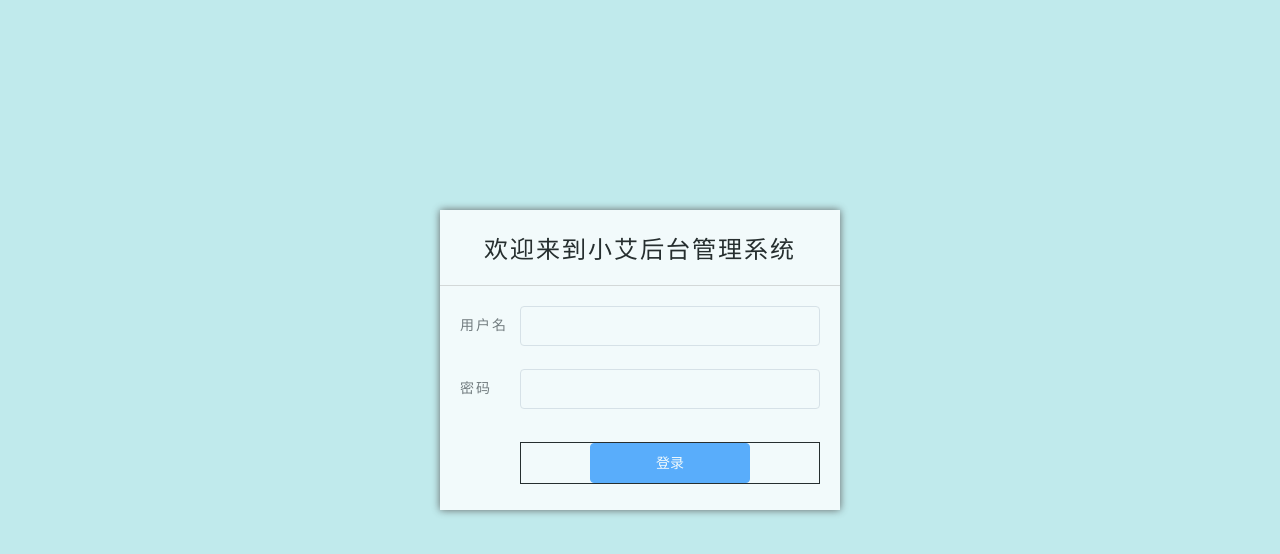
Repository: noob-injoker/router-slots-cw-ee
Page: /Login
These files come from the project's save history. The page is drawn as it stood at one moment and after the next save; the edit follows.
The browser window is 1280 px wide. The pictures show the whole page.
The project was rebuilt for these pictures with package versions that can differ from the ones it lists, and the page was loaded fresh each time. Also part of the build but not shown: vue.config.js, src/views/Home.vue, src/views/Layout.vue.

Above is the page before, as saved 2020-08-29 21:33:15.

### src/main.js
import Vue from 'vue'
import App from './App.vue'
import router from './router'
import store from './store'
import './bus'
import ElementUI from 'element-ui'
import 'element-ui/lib/theme-chalk/index.css'

Vue.use(ElementUI)

Vue.config.productionTip = false

new Vue({
  router,
  store,
  render: h => h(App)
}).$mount('#app')

### src/App.vue
<template>
<div id="app">

  <router-view />

</div>
</template>

<style>
@import './styles/styles.scss';
@import './styles/common.scss';
</style>

### src/router/index.js
import Vue from 'vue'
import VueRouter from 'vue-router'
import Home from '../views/Home.vue'
import Layout from '../views/Layout.vue'

Vue.use(VueRouter)

  const routes = [
    {
      path: '/',
      name: 'Layout',
      component: Layout,
      children: [

        {
          path: '',
          name: 'Home',
          component: Home
        }
        // ,
        // {
        //   path: 'cata',
        //   name: 'cata',
        //   component: () => import('../views/cata.vue')
        // }
      ]

    },
    {
      path:'/Login',
      name:"Login",
      component: () => import('../views/Login.vue'),
      meta:{
        title:'登录'
      }
    },
  // ,
  // {
  //   path: '/about',
  //   name: 'About',
  //   // route level code-splitting
  //   // this generates a separate chunk (about.[hash].js) for this route
  //   // which is lazy-loaded when the route is visited.
  //   component: () => import(/* webpackChunkName: "about" */ '../views/About.vue')
  // }

]

const router = new VueRouter({
  mode: 'history',
  base: process.env.BASE_URL,
  routes
})

export default router

### src/store/index.js
import Vue from 'vue'
import Vuex from 'vuex'
import user from './user/user'

Vue.use(Vuex)

export default new Vuex.Store({
  state: {
    some:""
  },
  mutations: {
    setSome(state,data){
      state.some = data
    }
  },
  actions: {
  },
  modules: {
    user
  }
})

### src/bus/index.js
import Vue from 'vue'
const bus = new Vue()
Vue.prototype.$bus = bus

### src/styles/styles.scss
.username .el-form-item__label,.password .el-form-item__label{
    text-align: left;
}
.button-box .el-button--primary{
    width: 160px;
}

### src/styles/common.scss
*{
  margin: 0px;
  padding: 0px;
}

.df{
  display: flex;
}
.f-1{
  flex: 1;
}
.j-center{
  display: flex;
  justify-content: center;

}
.j-bettween{
  display: flex;
  justify-content: space-between;

}
.j-around{
  display: flex;
  justify-content: space-around;
}
.j-end{
  display: flex;
  justify-content: flex-end;
}
.a-center{
  align-items: center;
}
.f-column{
  display: flex;
  flex-direction: column;
}
.p-r{
  position: relative;
}
.p-a{
  position: absolute;
}

.r1{
  border: 1px solid red;
}
.y1{
  border: 1px solid yellow;
}
.b1{
  border: 1px solid black;
}

.l-height32{
  line-height: 32px;
}
.w100{

  width: 100%;

}
.t-center{
  text-align: center;

}
.f12{
  font-size: 12px;
}

.w1170{
  width: 1170px;
}
.h100{
  height: 100px;
}
.h70{
  height: 70px;
}
.h436{
  height: 436px;
}
.h350{
  height: 350px;
}
.w1070{
  width: 1070px;
}
.h1590{
  height: 1590px;
}
.h726{
  height: 726px;
}
.w1054{
  width: 1054px;
}
.h160{
  height: 160px;
}
.w732{
  width: 732px;
}
.b2{
  border: 2px solid black;
}
.h434{
  height: 434px;

}
.h600{
  height: 600px;
}
.w1078{
  width: 1078px;
}
.h362{
  height: 362px;
}
.fs16{
  font-size: 16px;
}
.w652{
  width: 652px;

}
.h82{
  height: 82px;
}
.w1064{
  width: 1064px;
}
.h352{
  height: 352px;
}
.w286{
  width: 286px;
}
.h22{
  height: 22px;
}
.w290{
  width: 290px;
}
.h330{
  height: 330px;
}
.mt40{
  margin-top: 40px;
}
.h724{
  height: 724px;
}
.h630{
  height: 630px;

}
.w1058{
  width: 1058px;
}
.h160{
  height: 160px;
}
.w290{
  width: 290px;
}
.w738{
  width: 738px;
}
.w1170{
  width: 1170;
}
.h468{
  height: 468px;
}
.mt20{
  margin-top: 20px;
}
.h318{
  height: 318px;
}
.w652{
  width: 652px;
}
.w370{
  width: 370px;
}
.h314{
  height: 314px;
}
.g1{
  border: 1px solid gray;
}
.w146{
  width: 146px;
}
.box_content3_pic img{
  width: 100%;
  height: 100%;
}
.w488{
  width: 488px;
}
.h420{
  height: 420px;
}
.h234{
  height: 234px;
}
.w950{
  width: 950px;
}
.h68{
  height: 68px;
}
.w124{
  width: 124px;
}
.h50{
  height: 50px;
}
.w190{
  width: 190px;
}
.h44{
  height: 44px;
}
.w184{
  width: 184px;
}
.h32{
  height: 32px;
}
.h400{
  height: 400px;
}
.w1200{
  width: 1200px;
}
.w950{
  width: 950px;

}
.h630{
  height: 630px;
}
.h188{
  height: 188px;
}
.h380{
  height: 380px;
}
.h335{
  height: 335px;
}
.h138{
  height: 138px;
}
.w238{
  width: 238px;
}
.h668{
  height: 668px;
}
.h446{
  height: 446px;
}
.w460{
  width: 460px;
}
.w140{
  width: 140px;
}
.h140{
  height: 140px;
}
.w320{
  width: 320px;
}
.w950{
  width: 950px;

}
.h498{
  height: 498px;
}
.h100{
  height: 100px;
}
.h398{
  height: 398px;
}
.mb10{
  margin-bottom: 10px;
}
.w358{
  width: 358px;
}
.w440{
  width: 440px;
}
.w119{
  width: 119px;
}
.h30{
  height: 30px;
}
.w59{
  width: 59px;
}
.h88{
  height: 88px;
}
.w1000{
  width: 1000px;
}
.height{
  height: 460px;
}
.w120{
  width: 120px;
}
.h70{
  height: 70px;
}
.fs12{
  font-size: 12px;
}
.fs14{
  font-size: 14px;
}
.h509{
  height: 509px;
}
.w644{
  width: 644px;
}
.w274{
  width: 274px;
}
.w162{
  width: 274px;
}
.h104{
  height: 104px;
}
.w450{
  width: 450px;
}
.w162{
  width: 162px;
}
.h38{
  height: 38px;
}
.h40{
  height: 40px;
}
.w276{
  width: 276px;
}
.h320{
  height: 320px;
}
.w274{
  width: 274px;

}
.h76{
  height: 76px;
}
.h84{
  height: 84px;
}
.h140{
  height: 140px;
}
.h72{
  height: 72px;
}
.h80{
  height: 80px;
}
.h140{
  height: 140px;
}
.w98{
  width: 98px;
}
.w172{
  width: 172px;
}
.h310{
  height: 310px;
}
.h150{
  height: 150px;
}
.h40{
  height: 40px;
}
.pr{
  position: relative;
}
.pa{
  position: absolute;
}
.h176{
  height: 176px;
}
.w920{
  width: 920px;
}
.h122{
  height: 122px;
}
.h145{
  height: 145px;
}
.h108{
  height: 108px;
}
.h48{
  height: 48px;
}
.w612{
  width: 612px;
}
.h36{
  height: 36px;
}
.w322{
  width: 322px;
}
.w1002{
  width: 1002px;
}
.h98{
  height: 98px;
}
.h44{
  height: 44px;
}

.h328{
  height: 328px;
}
.w670{
  width: 670px;
}
.w258{
  width: 258px;
}
.h368{
  height: 368px;
}
.h308{
  height: 308px;
}
.w332{
  width: 332px;
}
.h590{
  height: 590px;
}
.h466{
  height: 466px;
}
.w242{
  width: 242px;
}
.w732{
  width: 732px;
}
.h42{
  height: 42px;
}
.w420{
  width: 420px;
}
.w270{
  width: 270px;
}
.w730{
  width: 730px;
}
.h150{
  height: 150px;
}
.w270{
  width: 270px;
}
.h120{
  height: 120px;
}
.w420{
  width: 420px;
}

.h150{
  height: 150px;
}
.w244{
  width: 244px;

}
.h276{
  height: 276px;
}
.h42{
  height: 42px;
}
.h490{
  height: 490px;
}
.f1{
  flex: 1;
}
.f5{
  flex: 5;
}
.h64{
  height: 64px;
}
.m-l-20{
  margin-left: 20px;
}
.p-l-8{

  padding-left: 8px;
}
.cw{
  color: white;
}
.bg_blue{
  background: rgb(87, 87, 128);
}
.p10{
  padding:10px;
}
.m-t-40{
  margin-top: 40px;
}
.m-t-10{
  margin-top: 10px;
}
.wb20{
  width: 20%;
}
.wb24{
  width: 24%;
}
.hb30{
  height: 30%;
}
.h60{
  height: 60px;
}
.fs22{
  font-size: 40px;
}
.h50{
  height: 50px;
}
.w200{
  width: 200px;
}
.m-t-10{
  margin-top: 10px;
}
.fw7{
  font-weight: 700;
}
.w200{
  width: 200px;
}
.h200{
  height: 200px;
}
.h602{
  height: 602px;
}
.h608{
  height: 607px;
}
.m-l-r-20{
  margin-left: 20px;
  margin-right: 20px;
}
.bgwhite{
  background: white;
}
.fixed{
  position: fixed;
}
.m-l-r-15{
  margin-left: 15px;
  margin-right: 15px;
}
.m-l-10{
  margin-left: 10px;
}
.m-t-15{
  margin-top:15px
}
.h40{
  height: 40px;
}
.bgw{
  background: white;
}
.h30{
  height: 30px;
}
.wb100{
  width: 100%;
}
.w300{
  width: 400px;
}
.h40{
  height: 40px;
}
.m-b-20{
  margin-bottom: 20px;
}
.m-t-20{
  margin-top: 20px;
}
.m-r-30{
  margin-right:30px;
}
.ccc{
  display: flex;
  align-items: center;
  justify-content: center;
}
.w00{
  width: 100%;

}
.h00{
  height: 100%;
}
.bgBlue{
  background: blue;
}
.bgBlack{
  background: black;
}
.bgGreen{
  background: green;
}

### src/views/Login.vue
<template>
<div class="box">

  <div class="login-box">
    <div class="title ">欢迎来到小艾后台管理系统</div>
    <div class="line"></div>

    <div class="form-box">
    <!-- el-form盒子得大小是用来调整form表单大小得。
    label-width是用来调整字左边字得盒子长度得，
    button得位置可以通过包裹一个div来控制 -->
      <el-form :model="ruleForm" :rules="rules" ref="ruleForm" label-width="60px" class="demo-ruleForm">

        <div class="username">
          <el-form-item label="用户名" prop="用户名">
            <el-input v-model="ruleForm.username"></el-input>
          </el-form-item>
        </div>

        <div class="password">
          <el-form-item label="密码" prop="密码">
            <el-input type="password" v-model="ruleForm.password"></el-input>
          </el-form-item>
        </div>

        <el-form-item>

         <div class="button-box b1 "> <el-button type="primary" @click="submitForm('ruleForm')">登录</el-button></div>

        </el-form-item>

      </el-form>
    </div>

  </div>
</div>
</template>

<script>
export default {
  name: '',
  props: {},
  components: {

  },
  data() {
    return {
      ruleForm: {
        username: '',
        password: "",
      },
      rules: {
        username: [{
            required: true,
            message: '请输入用户名',
            trigger: 'blur'
          },
          {
            min: 3,
            max: 5,
            message: '长度在 3 到 5 个字符',
            trigger: 'blur'
          }
        ],
        password: [{
            required: true,
            message: '请输入密码',
            trigger: 'blur'
          },
          {
            min: 3,
            max: 5,
            message: '长度在 3 到 5 个字符',
            trigger: 'blur'
          }
        ]
      }

    }
  },
  methods: {

    submitForm(formName) {
      this.$refs[formName].validate((valid) => {
        if (valid) {
          this.$store.dispatch('user/login', {
            username: this.ruleForm.username,
            password: this.ruleForm.password
          })
          alert('submit!');

        } else {
          console.log('error submit!!');
          return false;
        }
      });
    }

  },
  mounted() {

  },
  watch: {

  },
  computed: {

  }
}
</script>

<style lang="scss" scoped>
.button-box{

  margin-top: 10px;
  display: flex;
  justify-content: center;
  position: relative;

}
.form-box{
  width: 360px;
}
.line {
  text-align: left !important;
}

.line {
  margin: 20px auto;
  width: 100%;
  height: 1px;
  background: rgb(216, 212, 212);
}

.title {
  margin-top: 20px;
  font-size: 24px;
}

.el-input__inner {
  background: white;
}

.box {
  letter-spacing: 2px;
  background: rgb(192, 234, 236);
  width: 100%;
  height: 100%;
  position: absolute;

}
//垂直居中可以通过绝对定位来实现
.login-box {
  position: absolute;
  margin: auto;
  left: 0;
  right: 0;
  top: 0;
  bottom: 0;
  width: 400px;
  height: 300px;
  background: white;
  box-shadow: 0 0 8px rgb(75, 70, 70);
  display: flex;
  flex-direction: column;
  align-items: center;
  opacity: 0.8;

}
</style>

### src/store/user/user.js
import api from '../../http/api'
import router from '../../router'
import {Message} from 'element-ui'

export default {
  // 开启命名空间 这个文件就是单独的一个vuex的模块
  namespaced: true,
  state: {
    menus: []
  },
  mutations: {
    setMenus(state, data) {
      state.menus = data
    }
  },
  actions: {
    // 所有的请求都写在actions里面
    // action里面的方法可以传两个参数 第一个参数是整个store(vuex对象) 第二个参数是请求的参数
    async getMenus({commit}) {
      let res = await api.getMenus()
      if (res.meta.status === 200) {
        // 提交mutation
        commit('setMenus', res.data)
      }
    },
    async login({commit}, {username, password}) {
      console.log(commit);
      let res = await api.login({
        username,
        password
      })
      if (res.meta.status === 200) {
        // 存储信息
        localStorage.setItem('adminToken', res.data.token)
        localStorage.setItem('adminUser', JSON.stringify(res.data))
        // 跳转路由
        router.push('/Home')
        // 提示用户
        Message.success('登录成功')
      } else {
        Message.error(res.meta.msg)
      }
    }
    // getMenus() {
    //   api.getMenus().then().catch()
    // }
  },
}

### src/http/api.js
import service from './index'

export default {
  login({username, password}) {
    return service.post('/login', {
      username,
      password
    })
  },
  getMenus() {
    return service.get('menus')
  }
}

### src/http/index.js
import axios from 'axios'
import nprogress from 'nprogress'
import {Message} from 'element-ui'


// 运行环境: 本地环境:devlpment 和线上(生产)环境: production
const isPro = process.env.NODE_ENV === 'production'

// 创建一个axios的实例
const service = axios.create({
  // 基础路径: 需要根据当前的运行环境来判断
  baseURL: isPro ? '线上的接口路径' : '/api',
  // 超时时间
  timeout: 100000
})


// 请求拦截: 每一次发请求都会做的事情
service.interceptors.request.use((config) => {
  nprogress.start()
  // 前后端鉴权
  // jwt: JSON WEB TOKEN
  // 登录成功之后 后端会返回一个令牌
  let token = localStorage.getItem('adminToken')
  if (token) {
    // 需要在请求头当中添加token
    config.headers['Authorization'] = token
  }
  return config
}, err => {
  nprogress.done()
  return Promise.reject(err)
})


// 响应拦截: 每一次接口返回数据的时候都会做的事情
service.interceptors.response.use((res) => {
  nprogress.done()
  return res.data
}, err => {
  if (err.response && err.response.status) {
    // 错误请求的状态码
    let status = err.response.status
    if (status === 400) {
      Message.error('参数错误')
    }
    if (status === 401) {
      Message.error('登录过期,请重新登录')
    }
    if (status === 403) {
      Message.error('没有权限')
    }
    if (status === 404) {
      Message.error('接口路径错误')
    }
    if (status === 500) {
      Message.error('服务器出错')
    }
    if (status === 503) {
      Message.error('服务器在维护')
    }
  }
  return Promise.reject(err)
})


export default service

Loaded but not shown: public/index.html (common file)

After the next save:
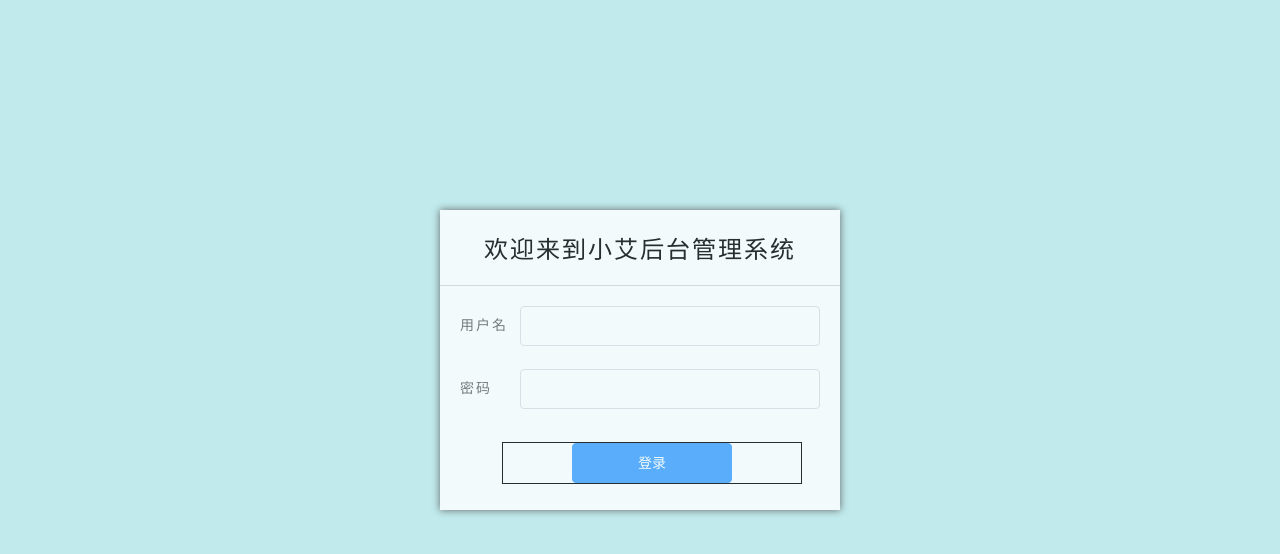
Saved 2 min 2 s later.
--- a/src/views/Login.vue
+++ b/src/views/Login.vue
@@ -116,6 +116,8 @@ export default {
   display: flex;
   justify-content: center;
   position: relative;
+  position: relative;
+    left: -6%;
 
 }
 .form-box{
